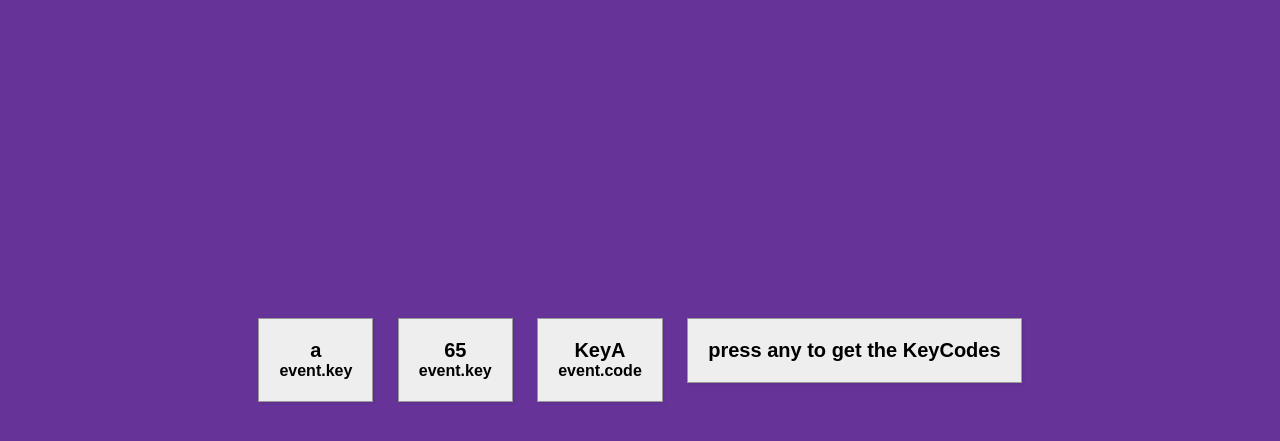
Repository: ElideZavala/Generator-Key
Page: index.html
The author's editor kept a copy of each file at every save. The page is drawn from the files as they stood at one save, then again after the next save.
The browser window is 1280 px wide. The pictures show the whole page.
Some web fonts or font styles are not loaded; a fallback is used.

Above is the page before, as saved 2021-06-07 15:11:38.

After the next save:
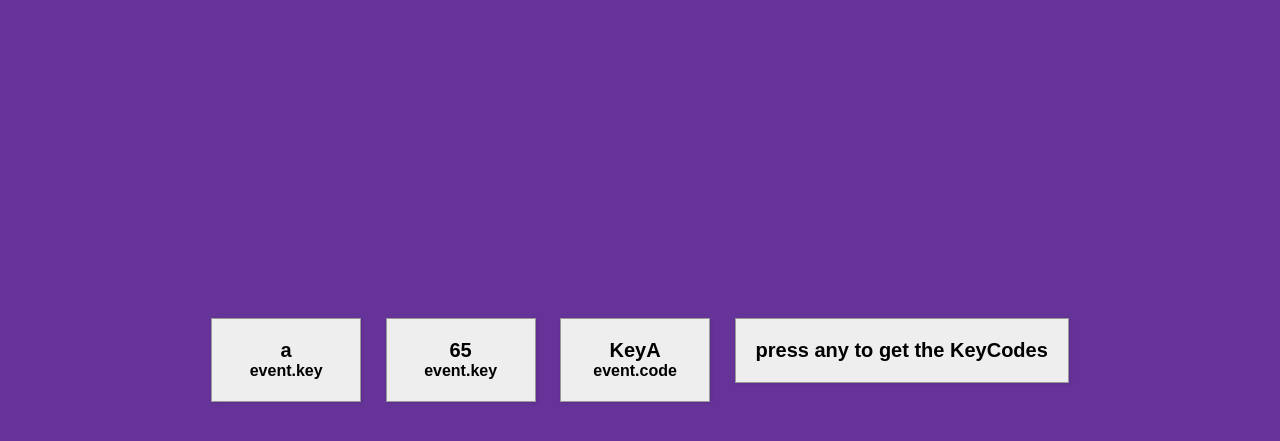
Saved 2 min 53 s later.
--- a/style.css
+++ b/style.css
@@ -29,4 +29,5 @@ body {
 	padding: 20px;
 	flex-direction: column;
 	margin: 10px;
+	min-width: 150px;
 }
